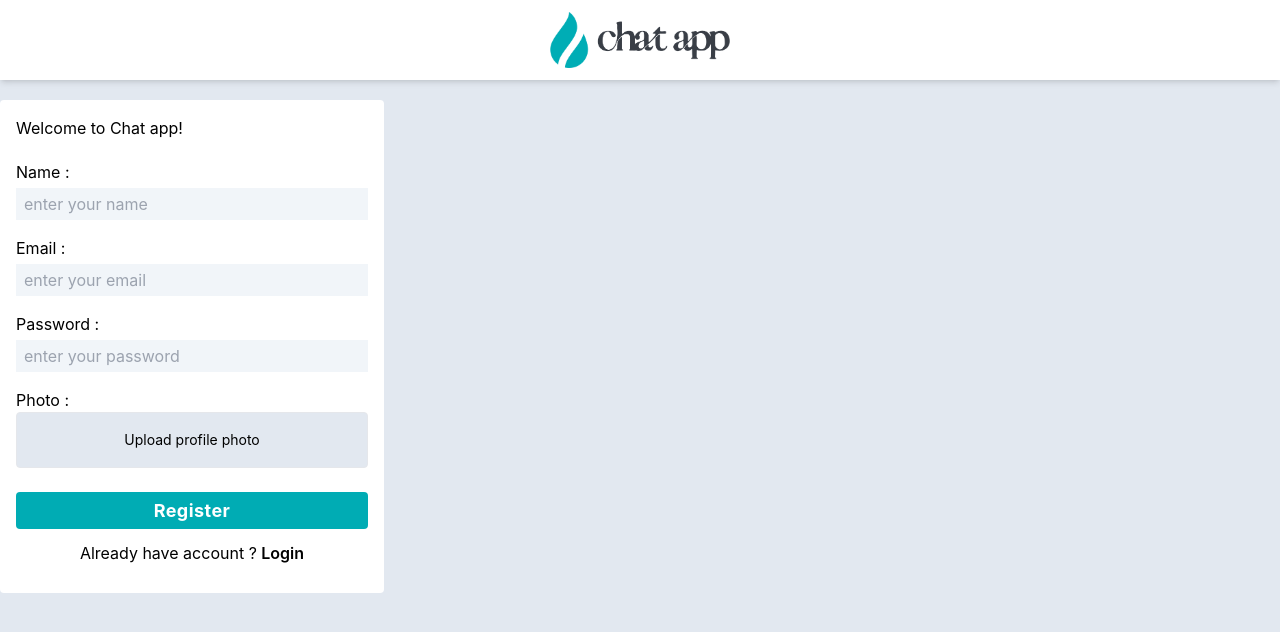
Repository: TharsikanV/chat-app
Page: /register (app in client/)
An editor plug-in stored every save of this project. The page is shown before and after the next save, followed by the edit.
The browser window is 1280 px wide. The pictures show the whole page.
The project was rebuilt for these pictures with package versions that can differ from the ones it lists, and the page was loaded fresh each time. Also part of the build but not shown: client/src/App.css, client/src/pages/Home.js, client/src/components/MessagePage.js. Imported but missing from the stored project, and not drawn on this page: client/src/pages/CheckEmailPage, client/src/pages/CheckPasswordPage.

Above is the page before, as saved 2024-06-16 23:07:23.

### client/src/index.js
import React from 'react';
import ReactDOM from 'react-dom/client';
import './index.css';
import App from './App';
import reportWebVitals from './reportWebVitals';
import { RouterProvider } from 'react-router-dom';
import router from './routes';

const root = ReactDOM.createRoot(document.getElementById('root'));
root.render(
  <React.StrictMode>
    <RouterProvider router={router}>
      <App />
    </RouterProvider>
  </React.StrictMode>
);

// If you want to start measuring performance in your app, pass a function
// to log results (for example: reportWebVitals(console.log))
// or send to an analytics endpoint. Learn more: https://bit.ly/CRA-vitals
reportWebVitals();

### client/src/index.css
@tailwind base;
@tailwind components;
@tailwind utilities;
body {
  margin: 0;
  font-family: -apple-system, BlinkMacSystemFont, 'Segoe UI', 'Roboto', 'Oxygen',
    'Ubuntu', 'Cantarell', 'Fira Sans', 'Droid Sans', 'Helvetica Neue',
    sans-serif;
  -webkit-font-smoothing: antialiased;
  -moz-osx-font-smoothing: grayscale;
  @apply bg-slate-200
}

code {
  font-family: source-code-pro, Menlo, Monaco, Consolas, 'Courier New',
    monospace;
}

### client/src/App.js
import { Outlet } from 'react-router-dom';
import './App.css';

function App() {
  return (
   <main>
    <Outlet/>
   </main>
  );
}

export default App;

### client/src/routes/index.js
import { createBrowserRouter } from "react-router-dom";
import App from "../App";
import RegisterPage from "../pages/RegisterPage";
import CheckEmailPage from "../pages/CheckEmailPage";
import CheckPasswordPage from "../pages/CheckPasswordPage";
import Home from "../pages/Home";
import MessagePage from "../components/MessagePage";
import AuthLayouts from "../layout";

const router=createBrowserRouter([
    {
        path:"/",
        element:<App/>,
        children:[
            {
                path:"register",
                element:<AuthLayouts><RegisterPage/></AuthLayouts>
            },
            {
                path:'email',
                element:<AuthLayouts><CheckEmailPage/></AuthLayouts>
            },
            {
                path:'password',
                element:<AuthLayouts><CheckPasswordPage/></AuthLayouts>
            },
            {
                path:"",
                element:<Home/>,
                children:[
                    {
                        path:':userId',
                        element:<MessagePage/>
                    }
                ]
            }
        ]
    }
])


export default router

### client/src/pages/RegisterPage.js
import React, { useState } from 'react'
import { IoClose } from "react-icons/io5";
import { Link } from 'react-router-dom';

const RegisterPage = () => {
  const [data,setData] = useState({
    name : "",
    email : "",
    password : "",
    profile_pic : ""
  })
  const [uploadPhoto,setUploadPhoto] = useState("")
  const handleOnChange = (e)=>{
    const { name, value} = e.target

    setData((preve)=>{
      return{
          ...preve,
          [name] : value
      }
    })
  }

  const handleUploadPhoto=(e)=>{
    const file=e.target.files[0]

    setUploadPhoto(file)
  }

  const handleClearUploadPhoto=(e)=>{
    e.stopPropagation()
    e.preventDefault()
    setUploadPhoto(null)
  }

  const handleSubmit=(e)=>{
    e.preventDefault()
    e.stopPropagation()
  }

  return (
    <div className='mt-5'>
      <div className='bg-white w-full max-w-sm  rounded overflow-hidden p-4 mx-a'>
        <h3>Welcome to Chat app!</h3>
        <form className='grid gap-4 mt-5' onSubmit={handleSubmit}>
        <div  className='flex flex-col gap-1'>
          <label htmlFor='name'>Name :</label>
          <input
            type='text'
            id='name'
            name='name'
            placeholder='enter your name'
            className='bg-slate-100 px-2 py-1 focus:outline-primary'
            value={data.name}
            onChange={handleOnChange}
            required
          />
        </div>
        <div className='flex flex-col gap-1'>
                <label htmlFor='email'>Email :</label>
                <input
                  type='email'
                  id='email'
                  name='email'
                  placeholder='enter your email'
                  className='bg-slate-100 px-2 py-1 focus:outline-primary'
                  value={data.email}
                  onChange={handleOnChange}
                  required
                />
              </div>

              <div className='flex flex-col gap-1'>
                <label htmlFor='password'>Password :</label>
                <input
                  type='password'
                  id='password'
                  name='password'
                  placeholder='enter your password'
                  className='bg-slate-100 px-2 py-1 focus:outline-primary'
                  value={data.password}
                  onChange={handleOnChange}
                  required
                />
              </div>
              <div className='flex flex-col gap-1'>
                <label htmlFor='profile_pic'>Photo :
                <div className='h-14 bg-slate-200 flex justify-center items-center rounded border hover:border-primary cursor-pointer'>
                  <p className='text-sm max-w-[300px] text-ellipsis line-clamp-1'>
                    {
                      uploadPhoto?.name ? uploadPhoto?.name : "Upload profile photo"
                    }
                  </p>
                  {
                    uploadPhoto?.name && (
                      <button className='text-lg ml-2 hover:text-red-600' onClick={handleClearUploadPhoto}>
                        <IoClose/>
                      </button>
                    )
                  }

                </div>
                </label>

                <input
                  type='file'
                  id='profile_pic'
                  name='profile_pic'
                  className='bg-slate-100 px-2 py-1 focus:outline-primary hidden'
                  onChange={handleUploadPhoto}
                />
              </div>

              <button className='bg-primary text-lg px-4 py-1 hover:bg-secondary rounded mt-2 font-bold text-white leading-relaxed tracking-wide'>
                  Register
              </button>
      </form>
      <p className='my-3 text-center'>Already have account ? <Link to={"/email"} className='hover:text-primary font-semibold'>Login</Link></p>
      </div>

    </div>
  )
}

export default RegisterPage

### client/src/layout/index.js
import React from 'react'
import logo from '../assets/logo.png'

const AuthLayouts = ({children}) => {
  return (
    <>
        <header className='flex justify-center items-center py-3 h-20 shadow-md bg-white'>
            <img
              src={logo}
              alt='logo'
              width={180}
              height={60}
            />
        </header>
        { children }
    </>
  )
}

export default AuthLayouts

### client/tailwind.config.js
/** @type {import('tailwindcss').Config} */
module.exports = {
  content: [
    "./src/**/*.{js,jsx,ts,tsx}",
  ],
  theme: {
    extend: {
      colors:{
        primary:"#00acb4",
        secondary:"#058187"
      }
    },
  },
  plugins: [],
}

Loaded but not shown: client/public/index.html (common file); client/src/reportWebVitals.js (common file)

After the next save:
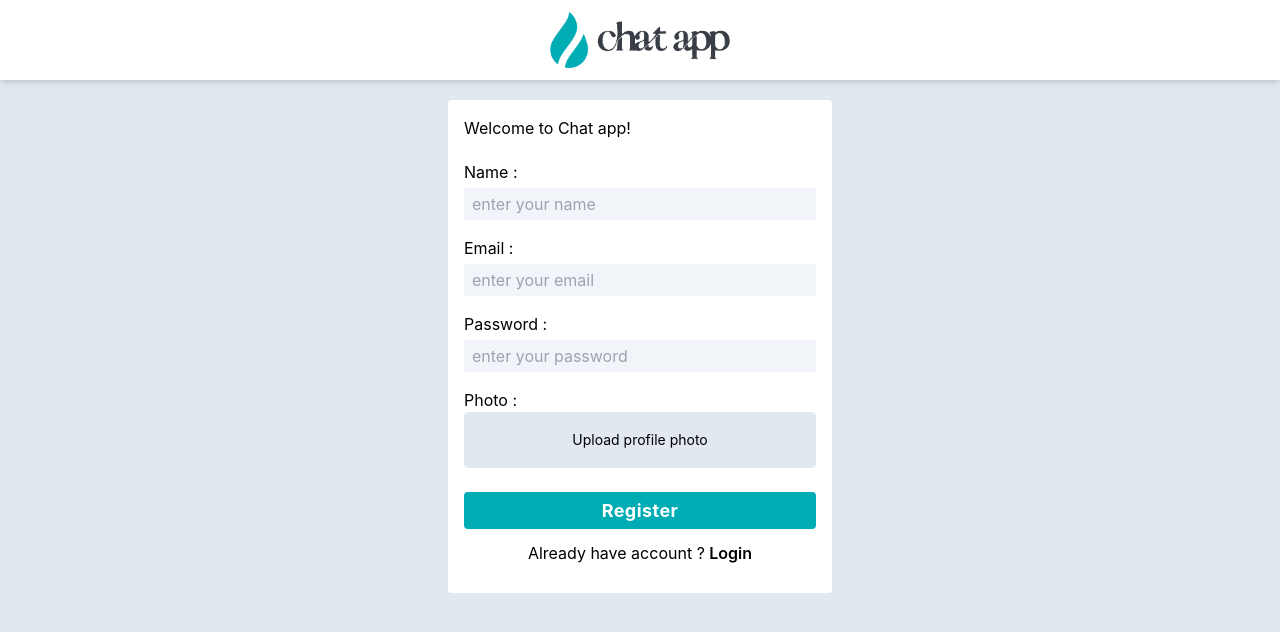
Saved 14 s later.
--- a/client/src/pages/RegisterPage.js
+++ b/client/src/pages/RegisterPage.js
@@ -40,7 +40,7 @@ const RegisterPage = () => {
 
   return (
     <div className='mt-5'>
-      <div className='bg-white w-full max-w-sm  rounded overflow-hidden p-4 mx-a'>
+      <div className='bg-white w-full max-w-sm  rounded overflow-hidden p-4 mx-auto'>
         <h3>Welcome to Chat app!</h3>
         <form className='grid gap-4 mt-5' onSubmit={handleSubmit}>
         <div  className='flex flex-col gap-1'>
